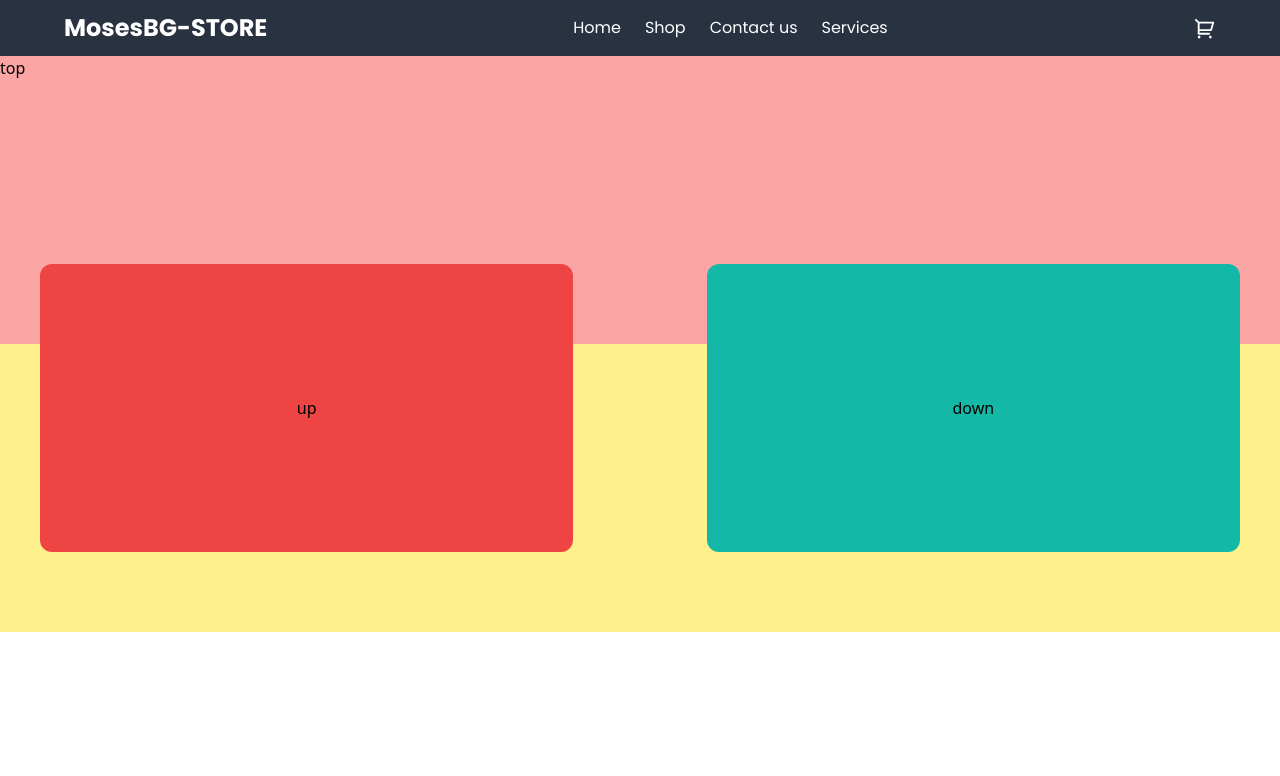
Repository: moshebengan/cart
Page: /fake-store/contact-us
These files come from the project's save history. The page is drawn as it stood at one moment and after the next save; the edit follows.
The browser window is 1280 px wide. The pictures show the whole page.
The project was rebuilt for these pictures with package versions that can differ from the ones it lists, and the page was loaded fresh each time. Also part of the build but not shown: vite.config.js, src/components/Error.jsx, src/utils/data.js, src/utils/apiCalls.js, src/components/Loading.jsx, src/components/Products.jsx, src/components/Footer.jsx, src/pages/HomePage.jsx and 5 more.

Above is the page before, as saved 2024-09-15 15:38:12.

### index.html
<!DOCTYPE html>
<html lang="en">
  <head>
    <meta charset="UTF-8" />
    <link rel="icon" type="image/svg+xml" href="/vite.svg" />
    <meta name="viewport" content="width=device-width, initial-scale=1.0" />
    <link rel="preconnect" href="https://fonts.googleapis.com" />
    <link rel="preconnect" href="https://fonts.gstatic.com" crossorigin />
    <link
      href="https://fonts.googleapis.com/css2?family=Poppins:ital,wght@0,100;0,200;0,300;0,400;0,500;0,600;0,700;0,800;0,900;1,100;1,200;1,300;1,400;1,500;1,600;1,700;1,800;1,900&display=swap"
      rel="stylesheet"
    />
    <title>MosesBG-SHOP</title>
  </head>
  <body>
    <div id="root"></div>
    <script type="module" src="/src/main.jsx"></script>
  </body>
</html>

### src/main.jsx
import { StrictMode } from 'react'
import { createRoot } from 'react-dom/client'

import './index.css'
import { createBrowserRouter, RouterProvider } from 'react-router-dom'
import routes from './routes.jsx'

const router = createBrowserRouter(routes)

createRoot(document.getElementById('root')).render(
  <StrictMode>
    <RouterProvider router={router} />
  </StrictMode>,
)

### src/index.css
@tailwind base;
@tailwind components;
@tailwind utilities;

body,
html {
  height: 100%;
  width: 100%;
}

.container {
  width: 90%;
  margin: auto;
}

### src/routes.jsx
import Error from "./components/Error";
import ContactUs from "./pages/ContactUs";
import HomePage from "./pages/HomePage";
import MyCart from "./pages/MyCart";
import NavigationBar from "./pages/NavigationBar";
import ShopPage from "./pages/ShopPage";


const routes = [
	{
		path: '/fake-store',
		element: <NavigationBar />,
		children: [
			{
				path:"home",
				element:<HomePage/>,
				errorElement: <Error/>
			},
			{ 	path: 'shop',
				 	element: <ShopPage />,
					errorElement: <Error/>

			},
			{
				path: 'cart',
				element: <MyCart />,
				errorElement: <Error/>
			},
			{
				path:'contact-us',
				element: <ContactUs/>,
				errorElement: <Error />
			}
		]

	},

];

export default routes

### src/pages/ContactUs.jsx


const ContactUs = () => {
  return (
    <div className="w-full h-screen flex flex-col">
      <div className="w-full h-[40%] bg-red-300">top</div>
      <div className="w-full h-[40%] bg-yellow-200 flex flex-row relative">
        <div className="absolute ml-10 w-5/12 h-full bg-red-500 left-0  -top-20 flex items-center justify-center rounded-xl" >up</div>
        <div className="absolute mr-10 w-5/12 h-full bg-teal-500 right-0 -top-20 flex items-center justify-center rounded-xl">down</div>
        {/* <div className="absolute -top-10 left-10 bg-yellow-300 flex-initial w-64">left</div>
        <div className="absolute -top-10 right-10 bg-pink-400 flex-initial w-32 ">right</div> */}
      </div>
      <div className="bg-white w-full h-[20%]"></div>
    </div>
  )
}

export default ContactUs

### src/pages/NavigationBar.jsx
import { useState } from "react";
import { Link, Outlet } from "react-router-dom";
import { IoMdMenu, IoMdClose } from "react-icons/io";
import Cart from "../components/Cart";

const NavigationBar = () => {
  const [isOpen, setIsOpen] = useState(false);
  const [cartItems, setCartItems] = useState(0);

  const openNav = () => {
    setIsOpen(!isOpen);
  };

  const resetNav = () => {
    if (isOpen) setIsOpen(!isOpen);
  };

  return (
    <>
      <div className="w-full bg-dark-blue font-poppins">
        <div className="container">
          <nav className="py-3 flex justify-between items-center text-white">
            <h1 className="font-bold text-2xl">MosesBG-STORE</h1>
            <div className="hidden md:flex gap-6">
              <Link to={"/fake-store/home"}>Home</Link>
              <Link to={"/fake-store/shop"}>Shop</Link>
              <Link to={"/fake-store/contact-us"}>Contact us</Link>
              <Link>Services</Link>
            </div>
            <div className="flex flex-row items-center gap-5">
              <Cart resetNav={resetNav} items={cartItems} />
              <div className="z-50 md:hidden">
                <button className="flex items-center">
                  {isOpen ? (
                    <IoMdClose className="p1" onClick={openNav} />
                  ) : (
                    <IoMdMenu className="p1" onClick={openNav} />
                  )}
                </button>
              </div>
            </div>
          </nav>
          <div
            className={`container text-dark-blue ${
              isOpen ? "block" : "hidden"
            } `}
          >
            <div className="z-40 fixed top-0 left-0 bottom-0 w-full bg-dark-blu opacity-35"></div>
            <nav className="z-50 fixed top-0 left-0 bottom-0 flex flex-col gap-10 w-5/6 max-w-sm py-6 px-6 bg-[#F8F8F8] overflow-y-auto">
              <div>
                <h1 className="font-bold text-3xl">MosesBG-SHOP</h1>
                <hr className="h-px mt-3 bg-gray-200 border-0" />
              </div>
              <div className="flex flex-col gap-5">
                <Link
                  to={"/fake-store"}
                  className="nav-item-hover"
                  onClick={resetNav}
                >
                  Home
                </Link>
                <Link
                  to={"/fake-store/shop"}
                  className="nav-item-hover"
                  onClick={resetNav}
                >
                  Shop
                </Link>
                <Link className="nav-item-hover">Contact Us</Link>
                <Link className="nav-item-hover">Services</Link>
                <hr className="h-px mt-3 bg-gray-200 border-0" />
              </div>
            </nav>
          </div>
        </div>
      </div>
      <div className="h-screen w-auto">
        <Outlet context={[cartItems, setCartItems]} />
      </div>
    </>
  );
};

export default NavigationBar;

### src/components/Cart.jsx
import { RiShoppingCart2Line } from "react-icons/ri";
import { Link } from "react-router-dom";

const Cart = ({ resetNav, items }) => {
  return (
    <Link to={"/fake-store/cart"} onClick={resetNav}>
      <div className="relative">
        <RiShoppingCart2Line size={"1.4em"} />
        <span className="absolute text-xs bg-orange-500 p-0.3 px-1 text-red-50 rounded-full -top-1.5 left-4">
          {items > 0 ? items : ""}
        </span>
      </div>
    </Link>
  );
};

export default Cart;

### tailwind.config.js
/** @type {import('tailwindcss').Config} */
export default {
  content: [
    "./index.html",
    "./src/**/*.{js,ts,jsx,tsx}",
  ],
  theme: {
    fontFamily: {
      poppins: ["Poppins", "sans-serif"]
    },
    extend: {
      backgroundImage: {
        "homepage-image": "url('/public/bghomepage.jpg')",
        "homepage-darker": "url('/public/darkerbg.jpg')"
      },
      colors: {
      "dark-blue": "#293241"
    },
    keyframes: {
      'fade-in-out': {
        '0%': { opacity: '0', transform: 'scale(0.95)' },
        '100%': { opacity: '1', transform: 'scale(1)' },
      },
    },
    animation: {
      'fade-in-out': 'fade-in-out 0.5s ease-in-out', // Customize duration and easing
    },
  }
  },
  plugins: [],
}

After the next save:
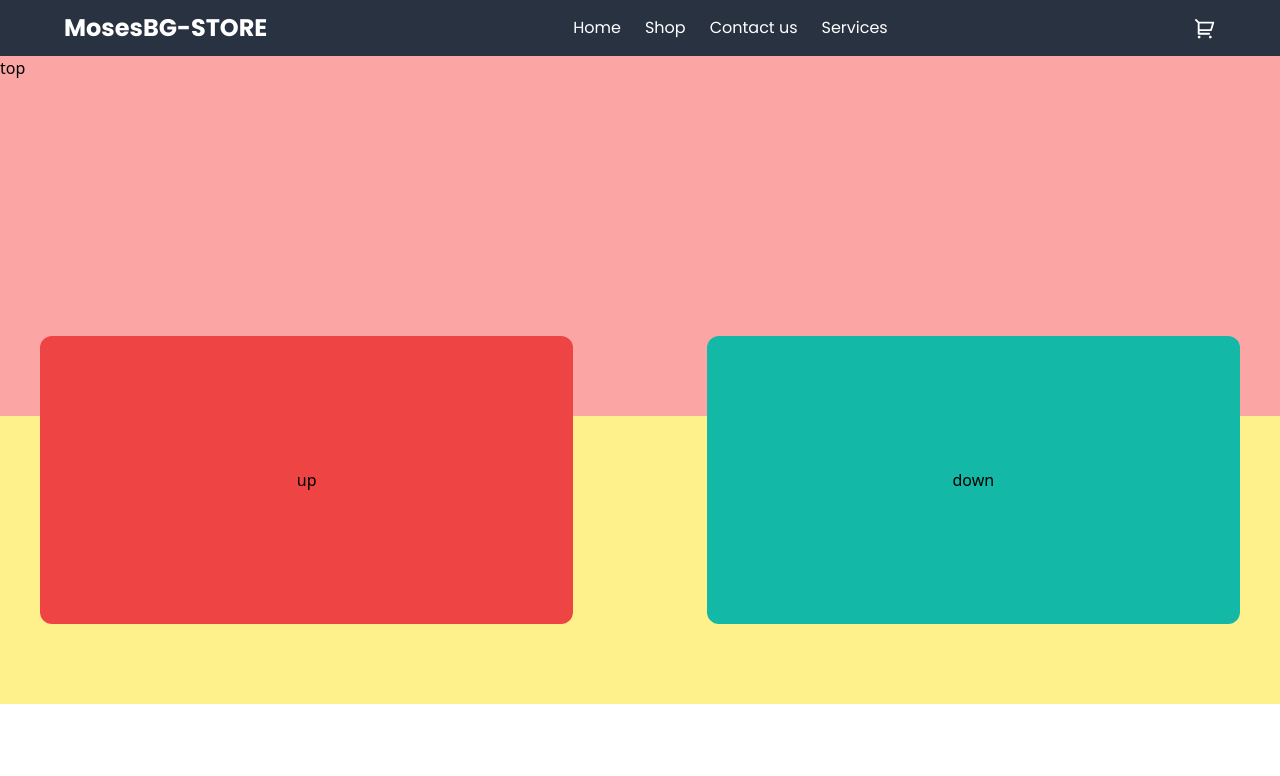
Saved 42 s later.
--- a/src/pages/ContactUs.jsx
+++ b/src/pages/ContactUs.jsx
@@ -3,14 +3,14 @@
 const ContactUs = () => {
   return (
     <div className="w-full h-screen flex flex-col">
-      <div className="w-full h-[40%] bg-red-300">top</div>
+      <div className="w-full h-[50%] bg-red-300">top</div>
       <div className="w-full h-[40%] bg-yellow-200 flex flex-row relative">
         <div className="absolute ml-10 w-5/12 h-full bg-red-500 left-0  -top-20 flex items-center justify-center rounded-xl" >up</div>
         <div className="absolute mr-10 w-5/12 h-full bg-teal-500 right-0 -top-20 flex items-center justify-center rounded-xl">down</div>
         {/* <div className="absolute -top-10 left-10 bg-yellow-300 flex-initial w-64">left</div>
         <div className="absolute -top-10 right-10 bg-pink-400 flex-initial w-32 ">right</div> */}
       </div>
-      <div className="bg-white w-full h-[20%]"></div>
+      <div className="bg-white w-full h-[10%]"></div>
     </div>
   )
 }
